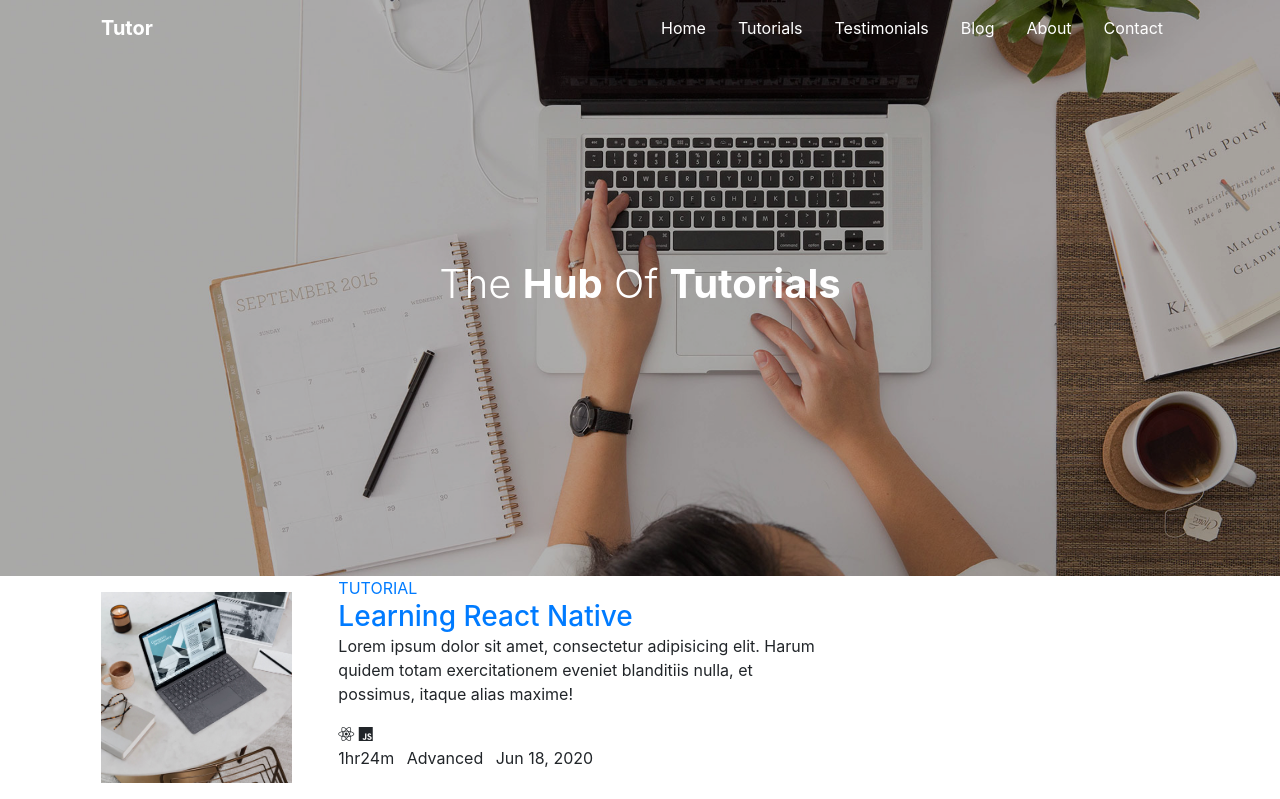
Repository: longvh2003/Tutor
Page: Views/home.html
These files come from the project's save history. The page is drawn as it stood at one moment and after the next save; the edit follows.
The browser window is 1280 px wide. The pictures show the whole page.
Some web libraries are served in a nearby version.

Above is the page before, as saved 2020-08-12 16:45:19.

### Views/home.html
<html lang="en">

<head>
    <meta charset="UTF-8">
    <meta name="viewport" content="width=device-width, initial-scale=1.0">
    <title>Home</title>
    <link rel="stylesheet" href="https://stackpath.bootstrapcdn.com/bootstrap/4.5.2/css/bootstrap.min.css"
        integrity="sha384-JcKb8q3iqJ61gNV9KGb8thSsNjpSL0n8PARn9HuZOnIxN0hoP+VmmDGMN5t9UJ0Z" crossorigin="anonymous">
    <link rel="stylesheet" href="https://use.fontawesome.com/releases/v5.12.0/css/all.css"
        integrity="sha384-REHJTs1r2ErKBuJB0fCK99gCYsVjwxHrSU0N7I1zl9vZbggVJXRMsv/sLlOAGb4M" crossorigin="anonymous" />
        <link rel="stylesheet" href="../Css/header.css">
        <link rel="stylesheet" href="../Css/home.css">
</head>

<body>
    <section class="header">
        <div class="opacity"></div>
        <div class="container">
            <nav class="navbar navbar-light">
                <a class="navbar-brand text-white" href="#"><strong>Tutor</strong></a>
                <ul class="nav justify-content-center">
                    <li class="nav-item">
                        <a class="nav-link text-white" href="#">Home</a>
                    </li>
                    <li class="nav-item">
                        <a class="nav-link text-white" href="#">Tutorials</a>
                    </li>
                    <li class="nav-item">
                        <a class="nav-link text-white" href="#">Testimonials</a>
                    </li>
                    <li class="nav-item">
                        <a class="nav-link text-white" href="#">Blog</a>
                    </li>
                    <li class="nav-item">
                        <a class="nav-link text-white" href="#">About</a>
                    </li>
                    <li class="nav-item">
                        <a class="nav-link text-white" href="#">Contact</a>
                    </li>
                </ul>
            </nav>
            <div class="title-header">
                <h1 class="text-white">The <strong>Hub</strong> Of <strong>Tutorials</strong></h1>
            </div>
        </div>
    </section>
    <div class="container latest-content">
        <div class="row">
            <div class="col-lg-8">
                <div class="row">
                    <div class="col-md-4">
                        <img class="img-latest-content" src="../Image/img_1.jpg" alt="...">
                    </div>
                    <div class="col-md-8">
                        <div><a href="#">TUTORIAL</a></div>
                        <div><a href="#" class="h3">Learning React Native</a></div>
                        <p>Lorem ipsum dolor sit amet, consectetur adipisicing elit. Harum quidem totam exercitationem
                            eveniet blanditiis nulla, et possimus, itaque alias maxime!</p>
                        <div>
                            <span><i class="fab fa-react"></i></span>
                            <span><i class="fab fa-js"></i></span>
                        </div>
                        <p>
                            <span class="mr-2">1hr24m</span>
                            <span class="mr-2">Advanced</span>
                            <span class="mr-2">Jun 18, 2020</span>
                        </p>
                    </div>
                </div>
            </div>
        </div>
    </div>
</body>

</html>

### Css/header.css
body {
    font-family: "Raleway", -apple-system, BlinkMacSystemFont, "Segoe UI", Roboto,
      "Helvetica Neue", Arial, "Noto Sans", sans-serif, "Apple Color Emoji",
      "Segoe UI Emoji", "Segoe UI Symbol", "Noto Color Emoji";
  }
  .header{
      background: url(../Image/hero_bg.jpg) no-repeat center center;
      height: 36rem;
      background-size: cover;
  }
  .opacity{
      position: absolute;
      width: 100%;
      height: 36rem;
      background: rgba(0, 0, 0, 0.3);
  }
  .title-header{
      position: absolute;
      z-index: 1;
      top: 40%;
      left: 50%;
      transform: translate(-50%,-50%);
  }
  .title-header h1{
      font-weight: 300;
  }
  .title-header strong{
      font-weight: bold;
  }

### Css/home.css
.img-latest-content{
    padding: 1rem;
    width: 100%;
    height: auto;
}

After the next save:
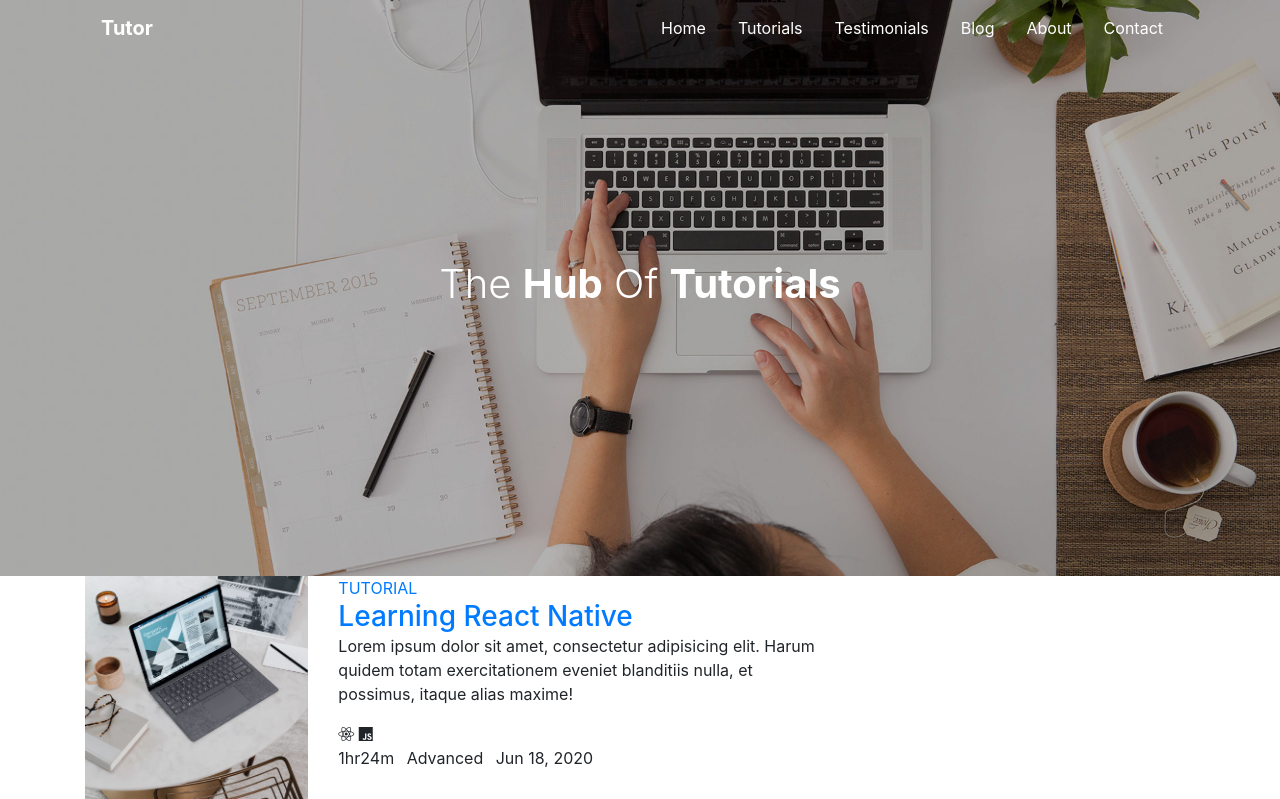
Saved 20 s later.
--- a/Css/home.css
+++ b/Css/home.css
@@ -1,5 +1,4 @@
 .img-latest-content{
-    padding: 1rem;
     width: 100%;
     height: auto;
 }
